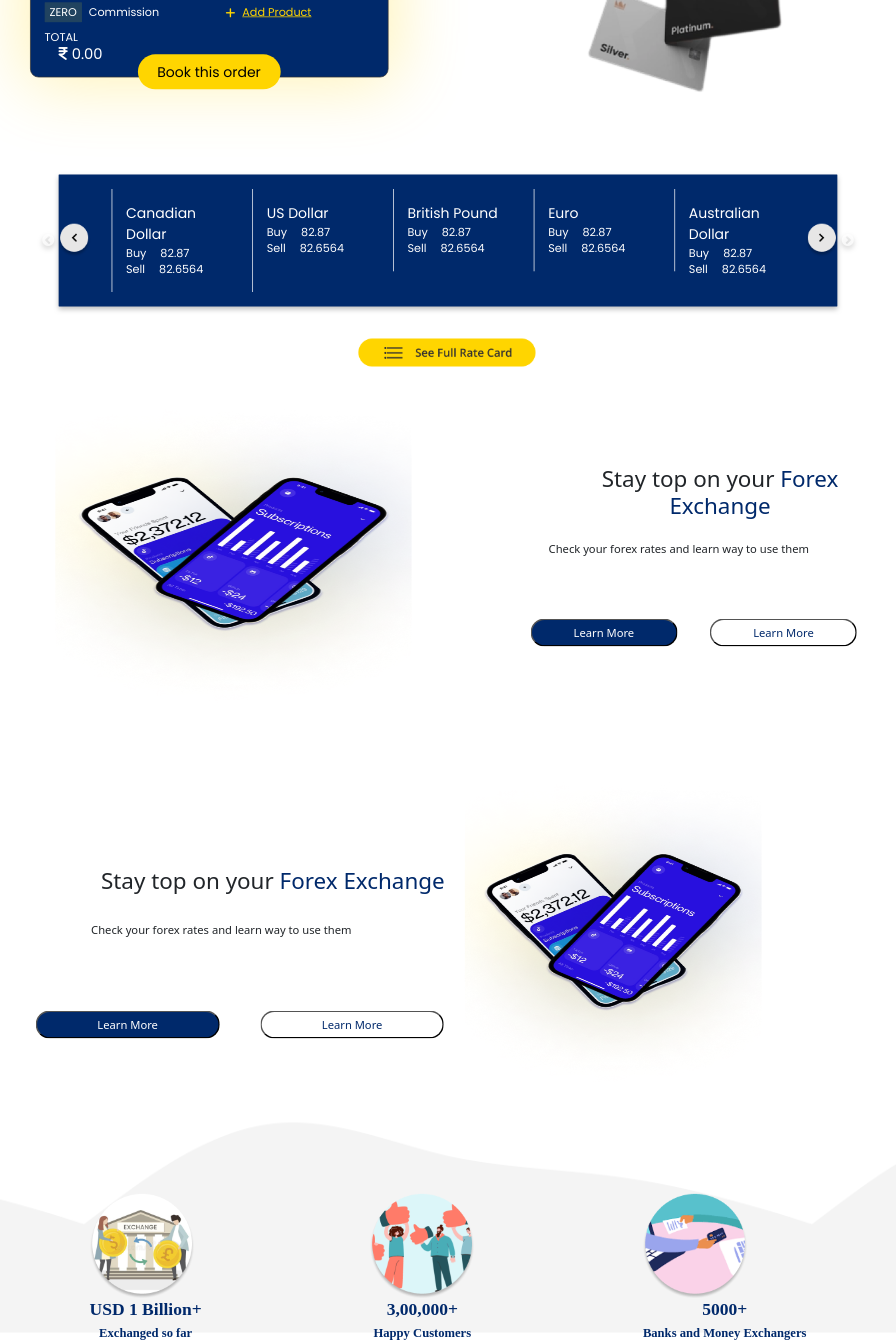
Repository: FlyweisReact/Akshadeep-latest
Page: /
An editor plug-in stored every save of this project. The page is shown before and after the next save, followed by the edit.
The browser window is 1280 px wide. The pictures show the part of the page from y = 491 to 2411 px (the page is 4517 px tall before and 4487 px after), at 70% of full size.
Some web libraries are served in a nearby version. The project was rebuilt for these pictures with package versions that can differ from the ones it lists, and the page was loaded fresh each time. Also part of the build but not shown: src/components/exchange.jsx, src/components/order_p1.jsx, src/components/order_p2.jsx, src/components/faas.jsx, src/components/offer.jsx, src/components/main2.jsx, src/components/home.jsx, src/components/slider.jsx and 6 more.

Above is the page before, as saved 2023-05-23 15:30:59.

After the next save:
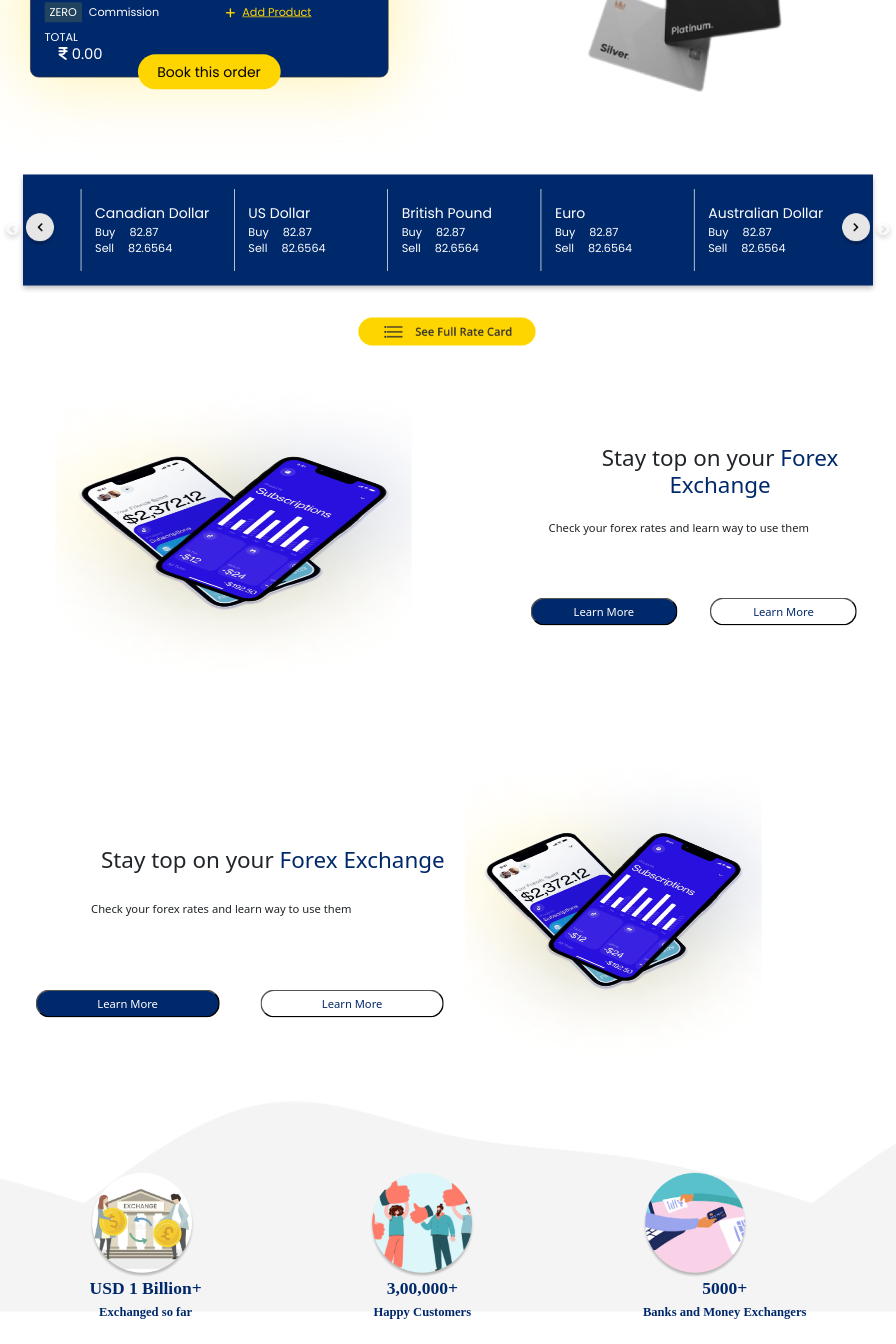
Saved 13 s later.
--- a/src/Style/Layout.css
+++ b/src/Style/Layout.css
@@ -13,7 +13,7 @@
 
 /* Currency Container */
 .Index-currency_cont{
-    width: 90%;
+    width: 98%;
     margin: auto;
     padding: 20px;
     filter: drop-shadow(0px 4px 4px rgba(0, 0, 0, 0.25));
